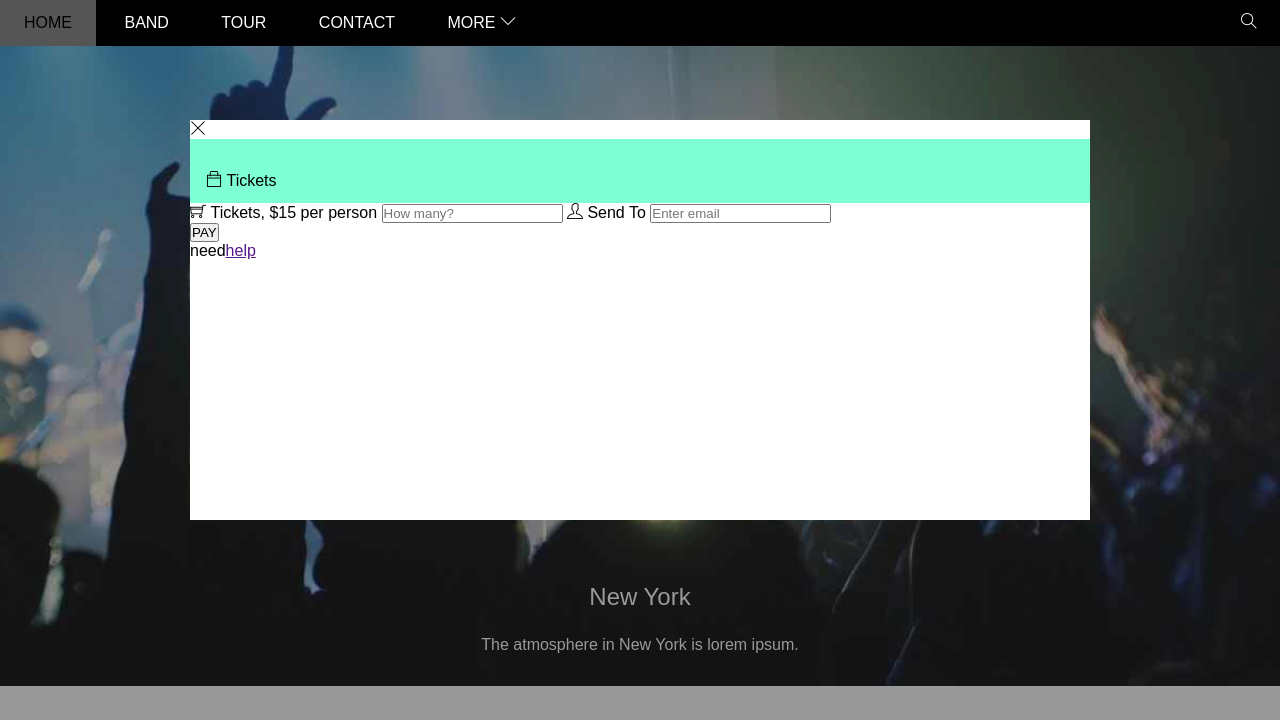
Repository: tung1233hhhhhhhhhhhhh/Website
Page: w3_band/index.html
The author's editor kept a copy of each file at every save. The page is drawn from the files as they stood at one save, then again after the next save.
The browser window is 1280 px wide. The pictures show the window.
A layer covers the whole window, so only the first screen is drawn.

Above is the page before, as saved 2023-02-18 21:19:07.

### w3_band/index.html
<!DOCTYPE html>
<html lang="en">

<head>
    <meta charset="UTF-8">
    <meta http-equiv="X-UA-Compatible" content="IE=edge">
    <meta name="viewport" content="width=device-width, initial-scale=1.0">
    <title>Document</title>
    <link rel="stylesheet" href="./assets/css/style.css">
    <link rel="stylesheet" href="/w3_band/assets/fonts/themify-icons/themify-icons.css">
    <link rel="stylesheet" href="./modal.js">
</head>

<body>
    <div id="main">
        <div id="header">
            <div id="nav">
                <ul>
                    <li><a href="">Home</a></li>
                    <li><a href="">Band</a></li>
                    <li><a href="">Tour</a></li>
                    <li><a href="">Contact</a></li>
                    <li class="icon">
                        <a href="">
                            More
                            <i class="ti-angle-down"></i>
                        </a>
                        <div class="subnav">
                            <ul>
                                <li><a href="">Merchandise</a></li>
                                <li><a href="">Extras</a></li>
                                <li><a href="">Media</a></li>
                            </ul>
                        </div>
                    </li>
                </ul>
                <div class="icon-search">
                    <i class="ti-search"></i>
                </div>
            </div>
        </div>

        <div id="slider">
            <div class="silder-content">
                <h2 class="silder-heading">New York</h2>
                <p class="silder-discreption">The atmosphere in New York is lorem ipsum.</p>
            </div>
        </div>

        <div id="content">
            <!-- about content -->
            <div class="content-selection">
                <h2 class="text-heading">THE BAND</h2>
                <p class="text-sub-heading">We love music</p>
                <p class="text-content">
                    We have created a fictional band website. Lorem ipsum dolor sit amet, consectetur adipiscing elit,
                    sed do eiusmod tempor incididunt ut labore et dolore magna aliqua. Ut enim ad minim veniam, quis
                    nostrud exercitation ullamco laboris nisi ut aliquip ex ea commodo consequat. Duis aute irure dolor
                    in reprehenderit in voluptate velit esse cillum dolore eu fugiat nulla pariatur. Excepteur sint
                    occaecat cupidatat non proident, sunt in culpa qui officia deserunt mollit anim id est laborum
                    consectetur adipiscing elit, sed do eiusmod tempor incididunt ut labore et dolore magna aliqua. Ut
                    enim ad minim veniam, quis nostrud exercitation ullamco laboris nisi ut aliquip ex ea commodo
                    consequat.
                </p>
                <!-- img -->
                <div class="team-selection">
                    <div class="sub-selection">
                        <p class="text-selection">Team</p>
                        <img src="/w3_band/assets/img/name.jpg" alt="" class="img-selection">
                    </div>

                    <div class="sub-selection">
                        <p class="text-selection">Team</p>
                        <img src="/w3_band/assets/img/name.jpg" alt="" class="img-selection">
                    </div>

                    <div class="sub-selection">
                        <p class="text-selection">Team</p>
                        <img src="/w3_band/assets/img/name.jpg" alt="" class="img-selection">
                    </div>
                </div>
            </div>

            <!-- tour content -->

            <div class="content-tour">
                <div class="tour-body">
                    <div class="content-selection">
                        <h2 class="text-heading">TOUR DATES</h2>
                        <p class="text-sub-heading">Remember to book your tickets!</p>
                    </div>

                    <ul class="tour-text">
                        <li>
                            September
                            <span>Sold out</span>
                        </li>
                        <li>
                            October
                            <span>Sold out</span>
                        </li>
                        <li>
                            November
                            <span class="number">3</span>
                        </li>
                    </ul>

                    <div class="tour-list">
                        <div class="tourimg-selection">
                            <img src="/w3_band/assets/img/anh1.jpg" alt="">
                            <div class="container">
                                <p>
                                    <b>New York</b>
                                </p>
                                <p style="opacity: 0.6;">Fri 27 Nov 2016</p>
                                <p>Praesent tincidunt sed tellus ut rutrum sed vitae justo.</p>
                                <button> Buy Tickets</button>
                            </div>


                        </div>
                        <div class="tourimg-selection">
                            <img src="/w3_band/assets/img/anh2.jpg" alt="">
                            <div class="container">
                                <p>
                                    <b>Paris</b>
                                </p>
                                <p style="opacity: 0.6;">Sat 28 Nov 2016</p>
                                <p>Praesent tincidunt sed tellus ut rutrum sed vitae justo.</p>
                                <button> Buy Tickets</button>
                            </div>
                        </div>
                        <div class="tourimg-selection">
                            <img src="/w3_band/assets/img/anh3.jpg" alt="">
                            <div class="container">
                                <p>
                                    <b>San Francisco</b>
                                </p>
                                <p style="opacity: 0.6;">Sun 29 Nov 2016</p>
                                <p>Praesent tincidunt sed tellus ut rutrum sed vitae justo.</p>
                                <button> Buy Tickets</button>
                            </div>
                        </div>
                    </div>
                </div>
            </div>

            <!-- contact content -->

            <div class="contact-content">
                <div class="content-selection">
                    <h2 class="text-heading">CONTACT</h2>
                    <p class="text-sub-heading">Fan? Drop a note!</p>
                    <div class="contact">
                        <div class="contact-left">
                            <i class="ti-location-pin"></i>
                            Chicago, US
                            <br>
                            <i class="ti-mobile"></i>
                            Phone: +00 151515
                            <br>
                            <i class="ti-email"></i>
                            Email: mail@mail.com
                        </div>
                        <div class="contact-right">
                            <form action="">
                                <div class="account">
                                    <input type="text" placeholder="Name">
                                    <input type="text" placeholder="Email">
                                </div>
                                <input class="mes" type="text" placeholder="Message">
                                <button>SEND</button>
                            </form>
                        </div>
                    </div>
                </div>

            </div>

            <!-- image of location/map -->

            <div class="banner-image">
                <img src="/w3_band/assets/img/map.jpg" alt="">

            </div>


        </div>

        <div id="footer">
            <i class="ti-facebook"></i>
            <i class="ti-instagram"></i>
            <i class="ti-vimeo-alt"></i>
            <i class="ti-pinterest"></i>
            <i class="ti-twitter-alt"></i>
            <i class="ti-linkedin"></i>
            <p>Powered by <a href="">w3.css</a></p>
        </div>
    </div>
    <div class="modal">
        <div class="modal-container">
            <div class="modal-close">
                <i class="ti-close"></i>
            </div>
            <header>
                <i class="ti-bag"></i>
                Tickets

            </header>
            <div class="modal-body">
                <label for="" class="modal-lable">
                    <i class="ti-shopping-cart"></i>
                    Tickets, $15 per person
                </label>
                <input type="text" class="input-lable" placeholder="How many?">
                <label for="" class="modal-lable">
                    <i class="ti-user"></i>
                    Send To
                </label>
                <input type="text" class="input-lable" placeholder="Enter email">
            </div>
            <button class="modal-button">PAY</button>
            <p>need<a href="">help</a></p>

        </div>
    </div>


</body>

</html>

### w3_band/assets/css/style.css
* {
    padding: 0;
    margin: 0;
    box-sizing: border-box;
}

html {
    font-family: Arial, Helvetica, sans-serif;
}

#main {}

#header {
    height: 46px;
    background-color: #000;
    position: fixed;
    top: 0;
    right: 0;
    left: 0;
    z-index: 1;
}

#nav li {
    display: inline-block;
    position: relative;
}

#nav li:hover .subnav {
    display: block;
}

#nav>ul>li:hover>a>i,
#nav .subnav li:hover,
#nav>ul>li:hover>a {
    color: #000;
    background-color: #555;
}

#nav .subnav {
    display: none;
    position: absolute;
    background-color: #FFF;
    box-shadow: 0 0 20px rgba(0, 0, 0, 0.4);
}

#nav .subnav a {
    color: #000;
    padding: 0 12px;
    line-height: 38px;
}

#nav .subnav ul li {
    display: block;
    min-width: 150px;
}

#nav>ul>li>a {
    color: #fff;
    text-transform: uppercase;
}

#nav ul {
    display: inline-block;
}

#nav li a {
    text-decoration: none;
    line-height: 46px;
    padding: 0 24px;
    display: block;
}

#nav i {
    color: #fff;
    width: 20px;
}

#header .icon-search {
    display: block;
    float: right;
    line-height: 46px;
    padding: 0 23px;
}

#header .icon-search:hover {
    cursor: pointer;
    background-color: #f44336;
}

#slider {
    margin-top: 46px;
    padding-top: 50%;
    background: url(/w3_band/assets/img/ny.jpg) top center / cover no-repeat;
    position: relative;
}

.silder-content {
    position: absolute;
    bottom: 0;
    color: #fff;
    padding-bottom: 32px;
    text-align: center;
    width: 100%;
}

.silder-heading {
    font-weight: 500;
}

.silder-discreption {
    margin-top: 25px;
}

#content {}

#content .content-selection {
    padding: 64px 0px;
    margin-left: auto;
    margin-right: auto;
    width: 800px;
}

#content .content-selection .text-heading {
    text-align: center;
    font-size: 30px;
    font-weight: 500;
    letter-spacing: 4px;
}

#content .content-selection .text-sub-heading {
    text-align: center;
    font-size: 15px;
    margin-top: 25px;
    opacity: 0.6;
    font-style: italic;
}

#content .content-selection .text-content {
    font-size: 15px;
    margin-top: 25px;
    text-align: justify;
    line-height: 1.4;
}

#content .content-selection .team-selection {
    padding-top: 47px;
    padding-bottom: 32px;
    justify-items: space-between;
}

#content .team-selection .sub-selection {
    display: inline-block;
    text-align: center;
}

#content .sub-selection p {
    margin: 15px 0;
}



#content .team-selection .img-selection {
    width: 60%;
    border-radius: 4px;
    margin-bottom: 16px;
}

/* tour content  */


#content .content-tour {
    height: 850px;
    background-color: #000;
    color: #fff;
}

#content .content-tour .tour-body {
    width: 800px;
    margin-left: auto;
    margin-right: auto;
}

#content .content-tour .tour-text {
    background-color: #FFF;
    display: block;
    color: #000;
}

#content .tour-text>li {
    height: 22, 5px;
    padding: 8px 16px;
    list-style: none;
}

#content .tour-text>li:first-child {
    border-bottom: 1px solid #999;
}

#content .tour-text>li:last-child {
    border-top: 1px solid #999;
}

#content .tour-text span {
    /* border-radius: 4px; */
    display: inline-block;
    background-color: red;
    padding: 4px;
    margin-left: 4px;
    color: #fff;
}

#content .tour-text .number {
    /* margin-left: 50px; */
    background-color: black;
    float: right;
    border-radius: 50%;
    margin-top: -3px;
}

#content .tour-list {
    padding: 32px 0;
    right: 0;
    left: 0;
    margin: 0 -8px;
    position: relative;
}

#content .tourimg-selection {
    width: 33.33333%;
    float: left;
    padding: 0 8px;
    justify-content: space-between;
}

#content .tourimg-selection .container {
    /* text-align: center; */
    background-color: #fff;
    color: #000;
    height: 204px;
    padding-left: 16px;
    font-size: 15px;
    line-height: 1.5;
    margin-top: -4px;
    margin-bottom: 15px;
}



#content .tourimg-selection .container>p {
    padding-top: 15px;
}

#content .tourimg-selection .container button {
    color: #fff;
    background-color: #000;
    margin-top: 15px;
    text-align: center;
    cursor: pointer;
    white-space: nowrap;
    border: none;
    display: inline-block;
    padding: 8px 16px;
    vertical-align: middle;
    overflow: hidden;
    text-decoration: none;
}

#content .container button:hover {
    background-color: #ccc;
    color: #000;
}

#content .tourimg-selection img {
    width: 100%;
    background-image: cover;
}

/* contact content */


#content .contact-content {
    padding: 45px 0;
}

#content .contact {
    padding-top: 47px;
    padding-bottom: 32px;
}

#content .contact .contact-left {
    width: 49%;
    display: inline-block;
    font-size: 18px;
}

#content .contact .contact-left i {
    display: inline-block;
    font-size: inherit;
    width: 30px;
    line-height: 1.5;
}

#content .contact .contact-right {
    width: 49%;
    /* display: inline-block; */
    float: right;
}


.contact .contact-right form {
    width: 400px;
    position: relative;
    display: inline-block
}

.contact .contact-right form .account {
    margin-bottom: 10px;
}

.contact .contact-right .account input {
    padding: 8px;
    margin-right: 16px;
}

.contact .contact-right form .mes {
    width: 95.7%;
    padding: 8px;
}

.contact .contact-right form button {
    /* position: absolute; */
    margin: 16px 0;
    padding: 8px 16px;
    margin-left: 309px;
    background-color: black;
    color: #fff;
}

.contact .contact-right form button:hover {
    cursor: pointer;
    background-color: #ccc;
    color: black;
    border: none;
}

/* image of location/map */

.banner-image img {
    width: 100%;
    filter: grayscale(50%);
}

#content {}


#footer {
    padding: 64px 16px;
    text-align: center;
    justify-content: center;
    opacity: 0.6;
}

#footer p {
    margin: 30px 0;
    display: block;
    font-size: 15px;
}

#footer i {
    font-size: 25px;

    display: inline-block;
    text-rendering: auto;
}


.modal {
    position: fixed;
    top: 0;
    left: 0;
    right: 0;
    bottom: 0;

    background-color: rgba(0, 0, 0, 0.4);
}

.modal .modal-container {
    width: 900px;
    height: 400px;
    background-color: #FFF;
    margin: 0 auto;
    transform: translateY(30%);
    position: relative;
}

/* .modal .modal-container .modal-close {
    position: absolute;
} */

.modal header {
    width: 100%;
    height: 45px;
    padding: 32px 16px;
    background-color: aquamarine;

}

Loaded but not shown: w3_band/assets/fonts/themify-icons/themify-icons.css (common file); w3_band/modal.js (no stored copy; drawn as an empty file)

After the next save:
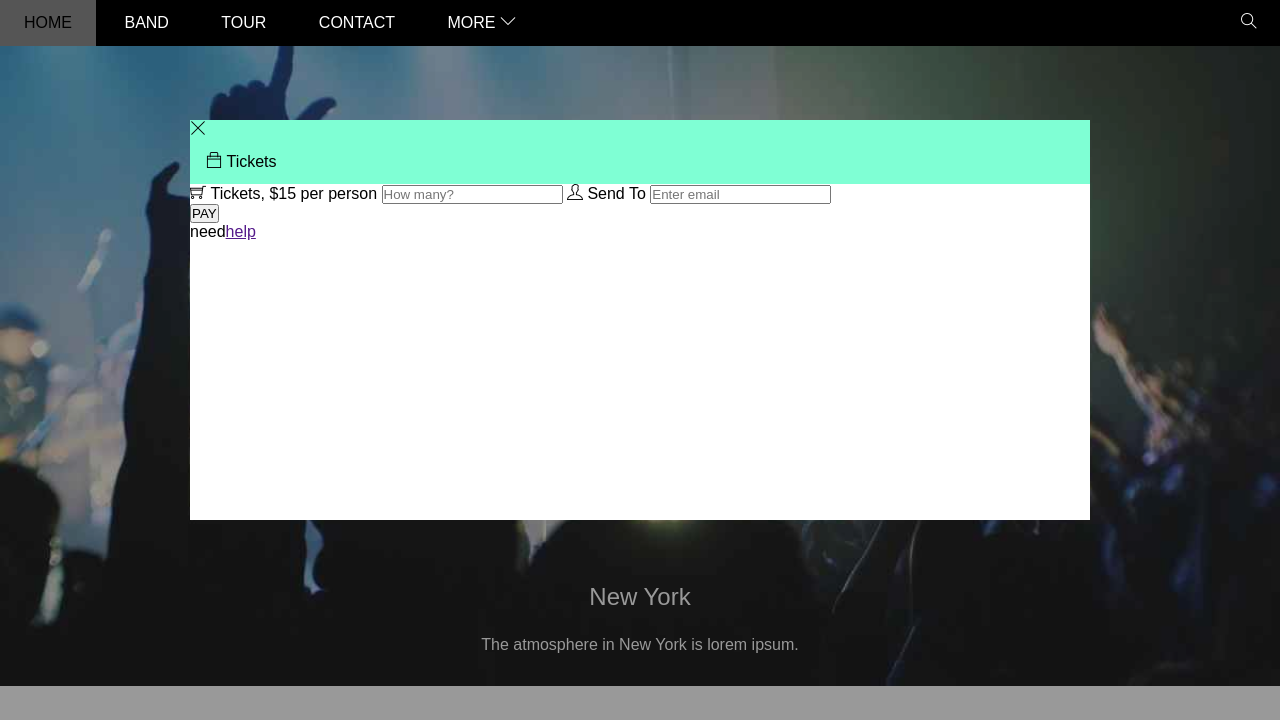
Saved 15 s later.
--- a/w3_band/assets/css/style.css
+++ b/w3_band/assets/css/style.css
@@ -393,9 +393,9 @@
     position: relative;
 }
 
-/* .modal .modal-container .modal-close {
+.modal .modal-container .modal-close {
     position: absolute;
-} */
+}
 
 .modal header {
     width: 100%;
